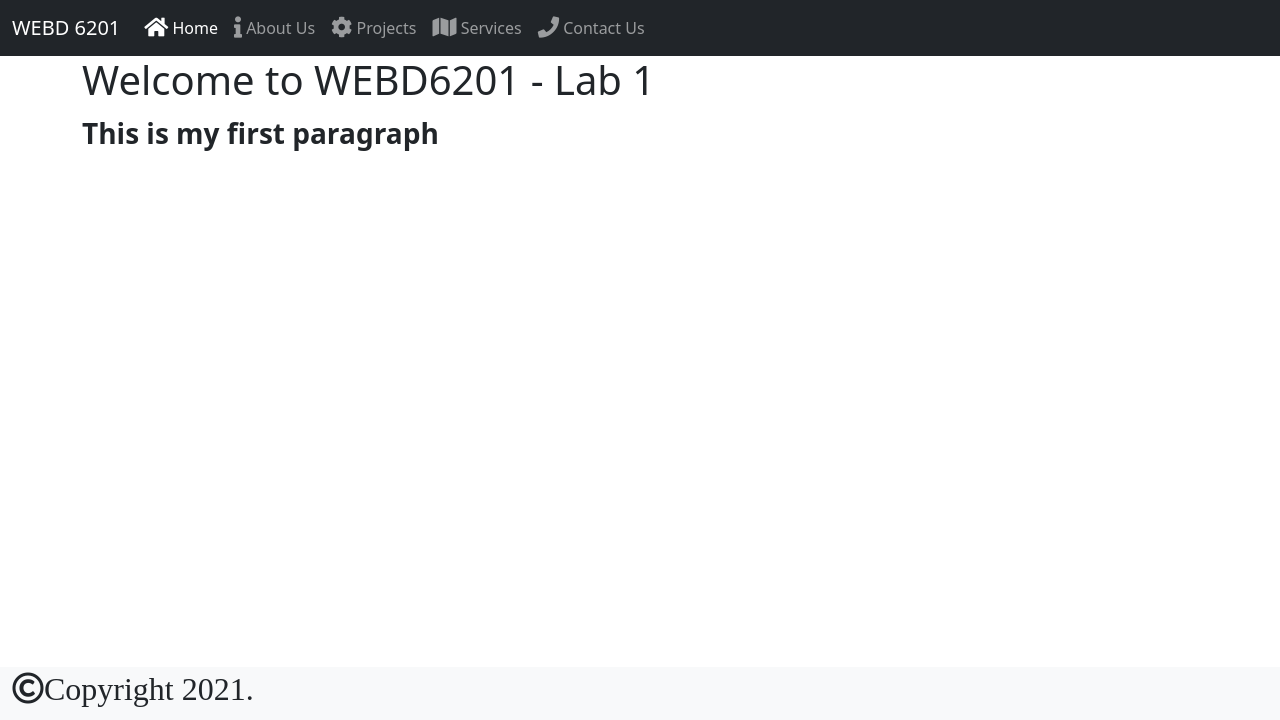
Repository: vans12345678/WEBD6201-W2021-Week3
Page: projects.html
These files come from the project's save history. The page is drawn as it stood at one moment and after the next save; the edit follows.
The browser window is 1280 px wide. The pictures show the whole page.

Above is the page before, as saved 2021-01-21 08:50:11.

After the next save:
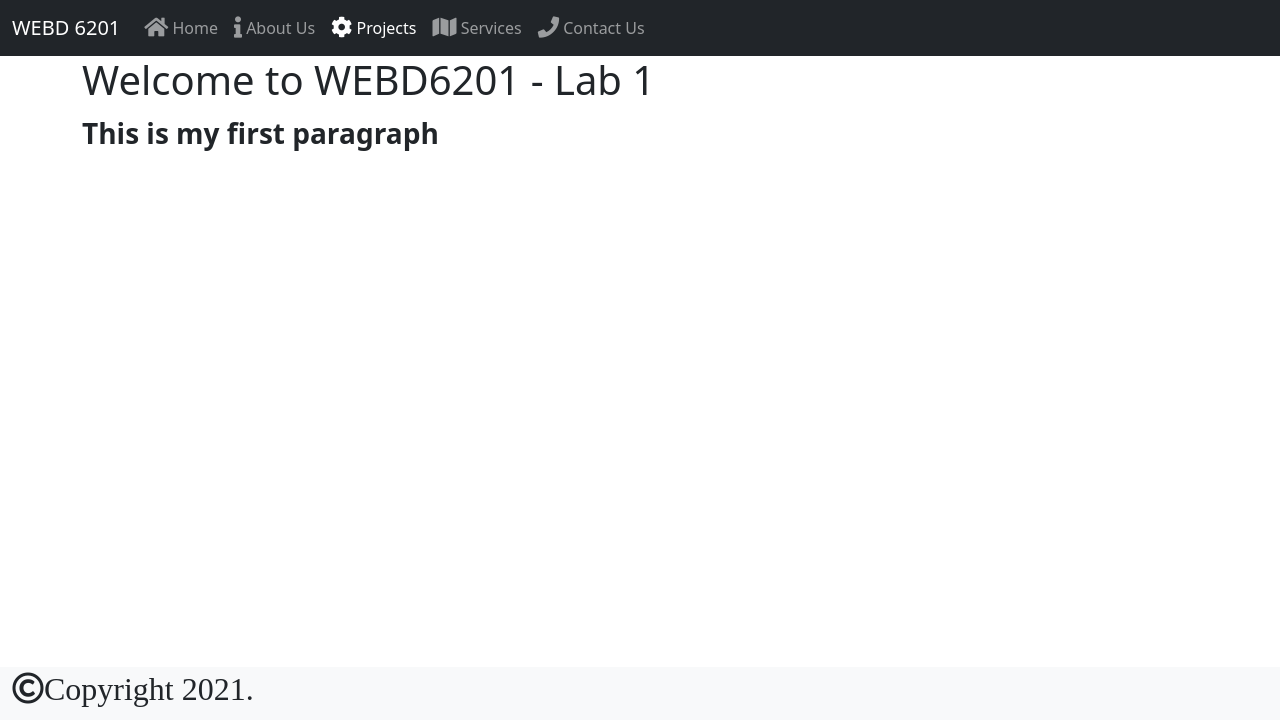
Saved 8 s later.
--- a/projects.html
+++ b/projects.html
@@ -23,7 +23,7 @@
               <div class="collapse navbar-collapse" id="navbarSupportedContent">
                 <ul class="navbar-nav me-auto mb-2 mb-lg-0">
                   <li class="nav-item">
-                    <a class="nav-link active" aria-current="page" href="index.html"><i class="fas fa-home fa-lg"></i> Home</a>
+                    <a class="nav-link" aria-current="page" href="index.html"><i class="fas fa-home fa-lg"></i> Home</a>
                   </li>
 
                   <li class="nav-item">
@@ -31,7 +31,7 @@
                   </li>
 
                   <li class="nav-item">
-                    <a class="nav-link" aria-current="page" href="projects.html"><i class="fas fa-cog fa-lg"></i> Projects</a>
+                    <a class="nav-link active" aria-current="page" href="projects.html"><i class="fas fa-cog fa-lg"></i> Projects</a>
                   </li>
 
                   <li class="nav-item">
